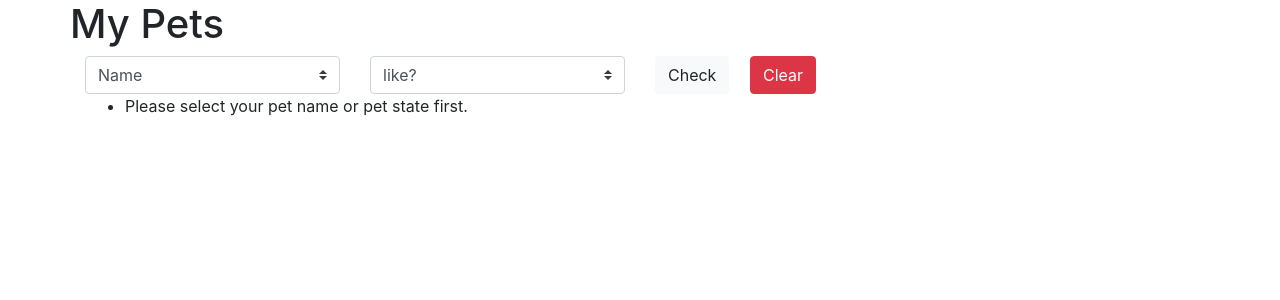
Repository: Mschikay/EBusiness
Page: http://localhost/Json/animal.jsp
The author's editor kept a copy of each file at every save. The page is drawn from the files as they stood at one save, then again after the next save.
The browser window is 1280 px wide. The pictures show the whole page.
After loading, the first visible `#check` was clicked once.
Some web libraries are served in a nearby version. The page is served by Tomcat 9.

Above is the page before, as saved 2019-01-27 05:57:48.

After the next save:
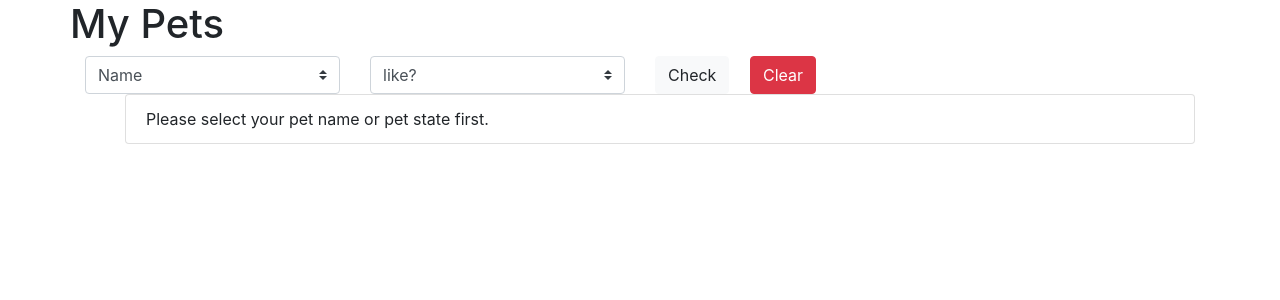
Saved 65 s later.
--- a/groupwork/Json/WebContent/js/main.js
+++ b/groupwork/Json/WebContent/js/main.js
@@ -1,5 +1,6 @@
 var info = document.getElementById("info");
 var para = document.createElement('li');
+para.className = "list-group-item";
 
 
 $("#check").click(function(){
@@ -28,6 +29,7 @@ $("#check").click(function(){
     				string = name + " is a " + result.species + " that " +
         			state + " " + result.food;
         			infoItem = document.createElement('li');
+        			infoItem.className = "list-group-item";
         			infoItem.innerHTML = string;
        				info.appendChild(infoItem);
     		}],
